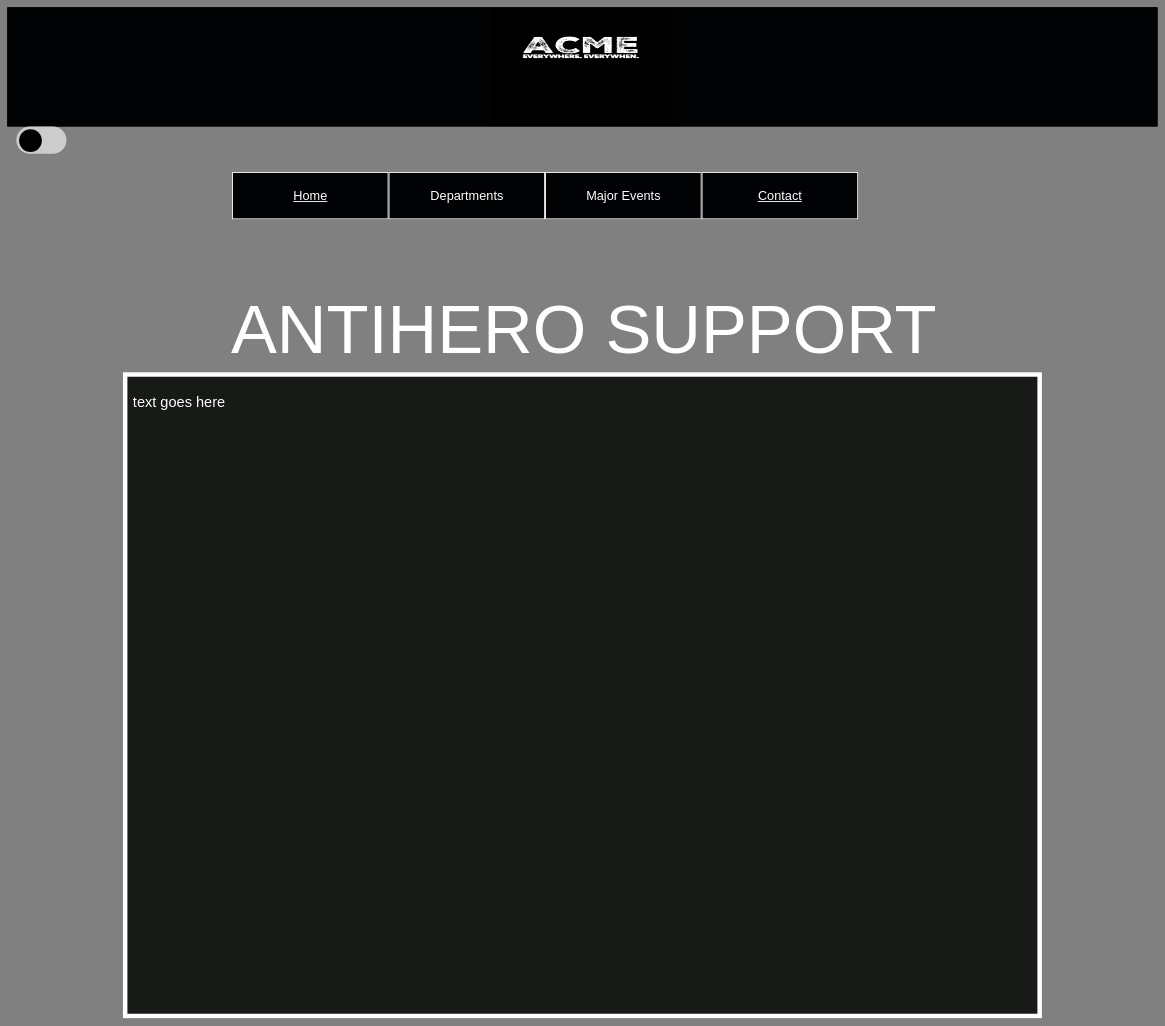
Repository: omega7379/omega7379.github.io
Page: antiheroSupport.html
These files come from the project's save history. The page is drawn as it stood at one moment and after a run of saves; the edit follows.
The browser window is 1280 px wide. The pictures show the whole page, at 91% of full size.

Above is the page before, as saved 2022-07-02 22:18:30.

### antiheroSupport.html
<!--created by Josip Bailey
Created 250122, Last Update 020722-->
<!DOCTYPE html>
<!--meta data-->
<meta charset="UTF-8">
<meta http-equiv="X-UA-Compatible" content="IE=edge">
<meta name="viewport" content="width=device-width, initial-scale=1.0">

<html lang="en">
    <body class="background">
        <header>
            <head>
                <!--tab title-->
                <title>ACME TIKTOK</title>
                <link rel="icon" href="acmeanvil.png">

                <!--import css-->
                <link id = "theme" rel="stylesheet" type="text/css" href="acmeStyleGuideDark.css">
            </head>

            <div class="top">
                <img src="acmelogo.png" alt="Homescreen Logo" width="200" height="125">
            </div>

        </header>
        <!--main section-->
        <main>
            <!--create toggle button to adjust switch colour-scheme-->
            <span class="toggle">
                <label class="switch" onclick="toggleTheme()">
                    <input type="checkbox">
                    <span class="slider"></span>
                </label>
            </span>

            <!--dropdown menu-->
            <div class="wrapper">
                <ul>
                    <li><a href="home.html">Home</a></li>
                    <li>Departments
                        <ul>
                            <li>Support
                                <ul>
                                    <li><a href="villianSupport.html">Villian Support</a></li>
                                    <li><a href="heroSupport.html">Hero Support</a></li>
                                    <li><a href="sidekickSupport.html">Sidekick Support</a></li>
                                    <li><a href="antiheroSupport.html">Antihero Support</a></li>
                                    <li><a href="memberSolutions.html">Member Solutions</a></li>
                                    <li><a href="itSupport.html">IT Support</a></li>
                                </ul>
                            </li>
                            <li>Corporate
                                <ul>
                                    <li><a href="corporate.html">Corporate</a></li>
                                    <li><a href="legal.html">Legal</a></li>
                                    <li><a href="collections.html">Collections</a></li>
                                    <li><a href="buildCrew.html">Build Crew</a></li>
                                    <li><a href="marketing.html">Marketing</a></li>
                                    <li><a href="communications.html">Communications</li>
                                    <li><a href="letters.html">Letters</a></li>
                                    <li><a href="humanResources.html">Human Resources</a></li>
                                    <li><a href="transportation.html">Transportation</a></li>
                                    <li><a href="publicRelations.html">Public Relations</a></li>
                                    <li><a href="evidenceDisposal.html">Evidence Disposal</a></li>
                                </ul>
                            </li>
                        </ul>
                    </li>
                    <li>Major Events
                        <ul>
                            <li><a href="borg.html">Borg Attack</a></li>
                            <li><a href="ork.html">Ork Invasion</a></li>
                            <li><a href="councilWar.html">Council War</a></li>
                            <li><a href="timeKeepers.html">Time Keepers</a></li>
                            <li><a href="TerryEscape.html">Terry's Escape</a></li>
                            <li><a href="hacked.html">The Hacker</a></li>
                            <li><a href="npcWar.html">NPC War</a></li>
                        </ul>
                    </li>
                    <li><a href="contact.html">Contact</a></li>
                </ul>
            </div>
        </br></br></br>
            <div class="title">
                <p>ANTIHERO SUPPORT</p>
            </div>
            <!--main table holding the contents of the page-->
            <div class="contentTable">
                <table>
                    <tr><td>
                        <!--contents of page go here-->
                        <p>
                            text goes here
                        </p>
                    </tr></td>
                </table>
            </div>
        </main>
        <script type="text/javascript" src="acmejs.js"></script>
    </body>
</html>

### acmeStyleGuideDark.css
/*CSS webpage dark mode ACME, created by Josip Bailey
created 170122, last update 170622*/

/*header styling applying black to expand image without stretching*/
div.top {
    border: 1px solid #010203;
    background-color: #010203;
    text-align: center;
    align-content: center;
}
.title{
    font-size: 2cm;
    margin: auto;
    text-align: center;
    align-content: center;
}

/*start of the toggle button might delete*/
div.toggle{
    position: absolute;
    top: 50%;
    left:50%;
    transform: translate(-50%,-50%);
    text-align: left;
}
.switch{
    position: relative;
    display: inline-block;
    width: 55px;
    height: 30px;
    margin: 0 10px;

}
.slider{
    position: absolute;
    cursor: pointer;
    top: 0;
    left: 0;
    right: 0;
    bottom: 0;
    background-color: #ccc;
    transition: 0.4s;
    border-radius: 18px;
}
.switch input {display: none;}
.slider:before{
    position: absolute;
    content:"";
    height: 25px;
    width: 25px;
    left: 2.5px;
    bottom: 2.5px;
    background-color: #010203;
    transition: 0.4s;
    border-radius: 25px;
}
input:checked + .slider{
    background-color: #ccc;
}

input:checked + .slider:before{
    transform: translateX(25px);
}
/*end of button styling*/

/*background*/
.background{
    background-color: grey;
}

/*adjust text*/
p{
    margin-bottom: 4px;
    margin-left: 3px;
    font-family: Arial, Helvetica, sans-serif;
    color: white;
}
.chapter{
    margin-bottom: 8px;
    font-family: Arial, Helvetica, sans-serif;
    color: white;
    font-size: 1cm;
    text-align: center;
}

/*contentTable styling*/
.contentTable{
    border: 5px solid white;
    background-color: #181A18;
    max-width: 1000px;
    margin: auto;
    height: 700px;
    overflow: scroll;
}
.contentTablePDF{
    border: 5px solid white;
    /*background-color: #181A18;*/
    max-width: 1000px;
    margin: auto;
    height: 700px;
}
::-webkit-scrollbar{
    width: 12px;
    height: 12px;
}
::-webkit-scrollbar-thumb {
    background: white;
    border-radius: 10px;
}
::-webkit-scrollbar-thumb:hover {
    background: crimson;
}

/*drop down menu*/
.wrapper{
    width: 850px;
    margin: auto;
}
.wrapper ul{
    list-style: none;
    margin-top: 5px;
}
.wrapper ul li{
    background: #010203;
    width: 170px;
    border: 1px solid white;
    height: 50px;
    line-height: 50px;
    text-align: center;
    float: left;
    color: white;
    font-size: 14px;
    position: relative;
    font-family: Arial, Helvetica, sans-serif;
}
.wrapper ul ul{
    display: none;
}
.wrapper ul li:hover{
    background: crimson;
}
/*not broken, just a FEATURE*/
.wrapper ul li:hover > ul{/*messing with padding here to increase mouse accuracy and drop alignment*/
    display: block;
    margin: 0 0 -10em -2em;
    padding: 0 0 -2em 2em;
    z-index: 1;
    position: relative;
}
.wrapper ul ul ul{
    margin-left: 136px;
    top: 0;
    position: absolute;
}
/*adjust hyperlink colours*/
a:link{
    color: white;
}
a:visited{
    color: white;
}
a:hover{
    color: black;
}

### acmejs.js
/*enable switch for css pages-->*/
/*function toggleTheme(){
    var theme = document.getElementsByTagName('link')[0];
    if (theme.getAttribute('href') == 'acmeStyleGuideDark.css'){
        theme.setAttribute('href', 'acmeStyleGuideLight.css');
    }
    else {
        theme.setAttribute('href', 'acmeStyleGuideDark.css');
    }
}*/

function toggleTheme(){
    document.getElementsById('theme').href='acmeStyleGuideLight'
}

After the next 2 saves:
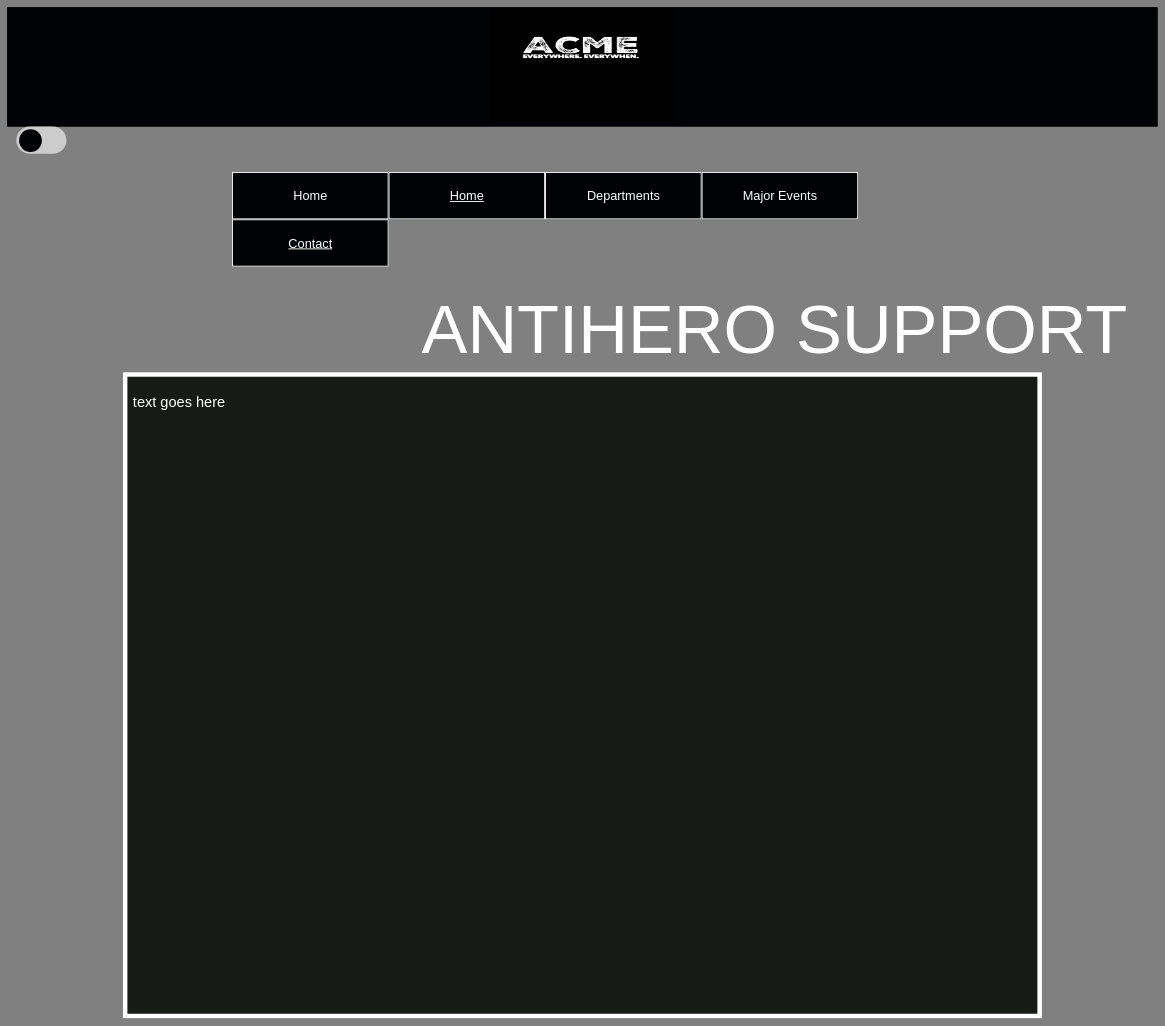
The 2 saves are shown as one change because they came seconds apart.
The last was saved 64 s later.
--- a/antiheroSupport.html
+++ b/antiheroSupport.html
@@ -36,6 +36,12 @@
             <!--dropdown menu-->
             <div class="wrapper">
                 <ul>
+                    <li>Home
+                        <ul>
+                            <li><a href="home.html">Home</a></li>
+                            <li><a href="media.html">Media</a></li>
+                        </ul>
+                    </li>
                     <li><a href="home.html">Home</a></li>
                     <li>Departments
                         <ul>

After the save that followed:
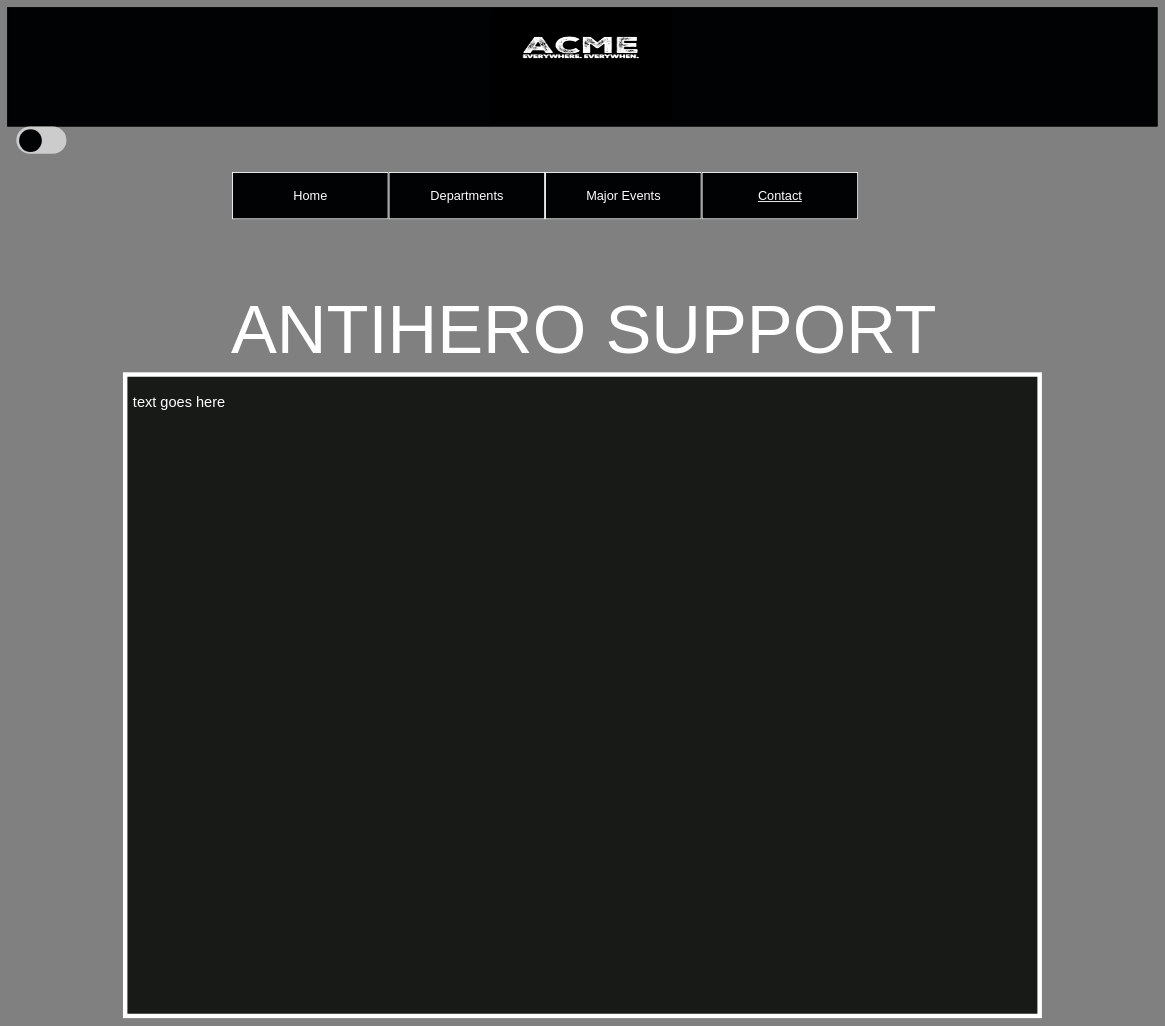
Saved 14 s later.
--- a/antiheroSupport.html
+++ b/antiheroSupport.html
@@ -42,7 +42,6 @@
                             <li><a href="media.html">Media</a></li>
                         </ul>
                     </li>
-                    <li><a href="home.html">Home</a></li>
                     <li>Departments
                         <ul>
                             <li>Support
